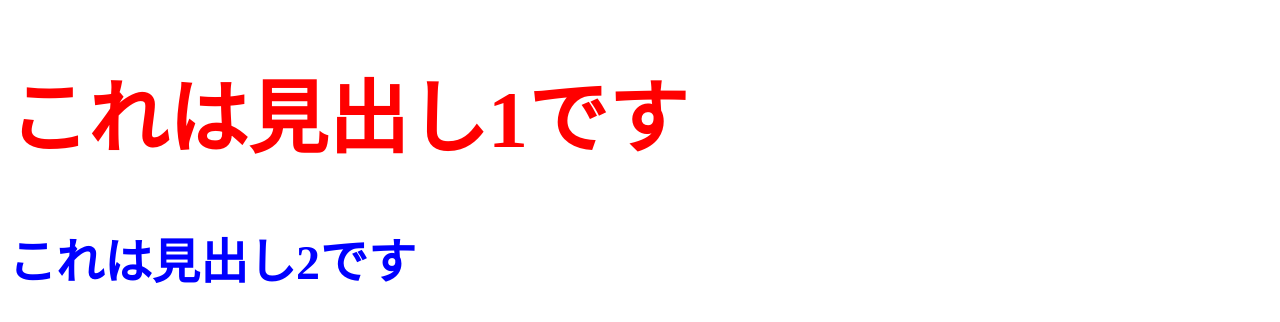
Repository: KustomApe/BlackRabbitTV
Page: 001_HTML/index.html
These files come from the project's save history. The page is drawn as it stood at one moment and after the next save; the edit follows.
The browser window is 1280 px wide. The pictures show the whole page.

Above is the page before, as saved 2023-11-13 12:08:29.

After the next save:
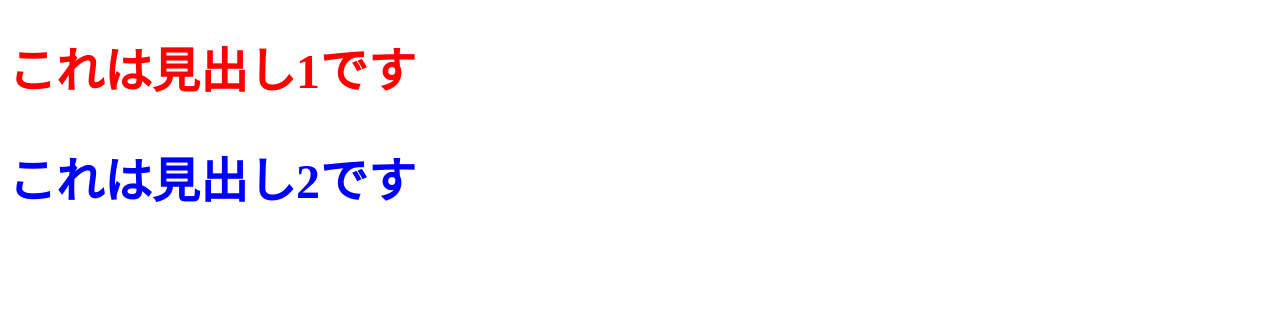
Saved 44 s later.
--- a/001_HTML/style.css
+++ b/001_HTML/style.css
@@ -1,7 +1,7 @@
 @charset "utf-8";
 
 h1 {
-    font-size: 5rem;
+    font-size: 3rem;
     color: red;
 }
 
